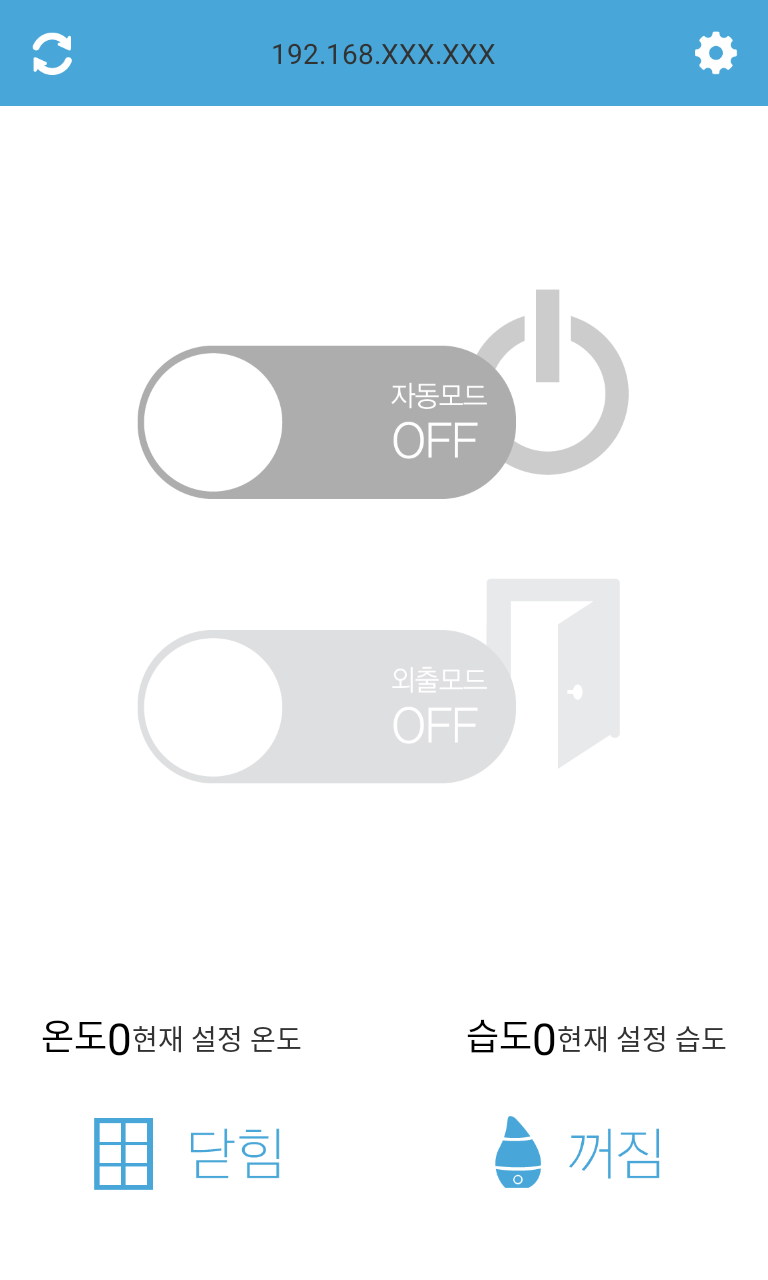
Repository: YeoeunJeong/SinNaYeo
Layout: sny_android/SinNaYeoAndroid/res/layout/activity_sin_na_yeo_main.xml
An editor plug-in stored every save of this project. The layout is shown before and after the next save, followed by the edit.
It is drawn on a 768 x 1280 px phone screen (xhdpi) without system bars, with theme android:Theme.Holo.Light.NoActionBar; the app's code is not run.

Above is the layout before, as saved 2015-09-24 19:40:19.

### sny_android/SinNaYeoAndroid/res/layout/activity_sin_na_yeo_main.xml
<LinearLayout xmlns:android="http://schemas.android.com/apk/res/android"
    xmlns:tools="http://schemas.android.com/tools"
    android:id="@+id/LinearLayout1"
    android:layout_width="match_parent"
    android:layout_height="match_parent"
    android:orientation="vertical"
    tools:context=".SinNaYeoMainActivity" >

    <RelativeLayout
        android:layout_width="match_parent"
        android:layout_height="53dp "
        android:background="#48A7d8" >

        <ImageButton
            android:id="@+id/main_renew_btn"
            android:layout_width="wrap_content"
            android:layout_height="wrap_content"
            android:layout_alignParentLeft="true"
            android:layout_gravity="center_vertical"
            android:layout_marginLeft="15dp"
            android:layout_marginTop="15dp"
            android:background="#00ff0000"
            android:onClick="mOnClick"
            android:src="@drawable/btn_main_renew" />

        <ImageButton
            android:id="@+id/main_setting_btn"
            android:layout_width="wrap_content"
            android:layout_height="wrap_content"
            android:layout_alignParentRight="true"
            android:layout_marginRight="15dp"
            android:layout_marginTop="15dp"
            android:background="#00ff0000"
            android:src="@drawable/btn_main_setting" />

        <TextView
            android:id="@+id/main_ip_tv"
            android:layout_width="wrap_content"
            android:layout_height="wrap_content"
            android:layout_centerHorizontal="true"
            android:layout_centerVertical="true"
            android:text="192.168.XXX.XXX" />
    </RelativeLayout>

    <RelativeLayout
        android:layout_width="match_parent"
        android:layout_height="match_parent"
        android:orientation="vertical" >

        <TextView
            android:id="@+id/main_outing_tv"
            android:layout_width="wrap_content"
            android:layout_height="wrap_content"
            android:layout_alignParentTop="true"
            android:layout_centerHorizontal="true"
            android:layout_marginTop="30dp"
            android:text="외출 관리는 2시간 후에 시작됩니다."
            android:visibility="invisible" />

        <ImageButton
            android:id="@+id/main_automode_btn"
            android:layout_width="wrap_content"
            android:layout_height="wrap_content"
            android:layout_centerHorizontal="true"
            android:layout_marginTop="86.33dp"
            android:background="#00ff0000"
            android:src="@drawable/btn_auto_off" />

        <ImageButton
            android:id="@+id/main_outing_btn"
            android:layout_width="wrap_content"
            android:layout_height="wrap_content"
            android:layout_below="@id/main_automode_btn"
            android:layout_centerHorizontal="true"
            android:layout_marginTop="28.67dp"
            android:background="#00ff0000"
            android:onClick="mOnClick"
            android:src="@drawable/btn_outing_nonclickable" />

        <ImageButton
            android:id="@+id/main_humidifier_btn"
            android:layout_width="wrap_content"
            android:layout_height="wrap_content"
            android:layout_alignParentBottom="true"
            android:layout_alignParentRight="true"
            android:layout_marginBottom="32.33dp"
            android:layout_marginRight="20.67dp"
            android:background="#00ff0000"
            android:onClick="mOnClick"
            android:src="@drawable/btn_humid_off" />

        <ImageButton
            android:id="@+id/main_window_btn"
            android:layout_width="wrap_content"
            android:layout_height="wrap_content"
            android:layout_alignParentBottom="true"
            android:layout_alignParentLeft="true"
            android:layout_marginBottom="32.33dp"
            android:layout_marginLeft="20.67dp"
            android:background="#00ff0000"
            android:onClick="mOnClick"
            android:src="@drawable/btn_window_closed" />

        <LinearLayout
            android:layout_width="wrap_content"
            android:layout_height="wrap_content"
            android:layout_above="@id/main_window_btn"
            android:layout_alignParentLeft="true"
            android:layout_marginBottom="15.33dp"
            android:layout_marginLeft="20.67dp"
            android:orientation="horizontal" >

            <TextView
                android:layout_width="wrap_content"
                android:layout_height="wrap_content"
                android:text="온도"
                android:textAppearance="?android:attr/textAppearanceMedium" />

            <TextView
                android:id="@+id/main_now_temper_tv"
                android:layout_width="wrap_content"
                android:layout_height="wrap_content"
                android:layout_gravity="center"
                android:text="0"
                android:textAppearance="?android:attr/textAppearanceLarge" />

            <TextView
                android:id="@+id/main_set_temper_tv"
                android:layout_width="wrap_content"
                android:layout_height="wrap_content"
                android:text="현재 설정 온도 "
                android:textAppearance="?android:attr/textAppearanceSmall" />
        </LinearLayout>

        <LinearLayout
            android:layout_width="wrap_content"
            android:layout_height="wrap_content"
            android:layout_above="@id/main_humidifier_btn"
            android:layout_alignParentRight="true"
            android:layout_marginBottom="15.33dp"
            android:layout_marginRight="20.67dp"
            android:orientation="horizontal" >

            <TextView
                android:layout_width="wrap_content"
                android:layout_height="wrap_content"
                android:text="습도"
                android:textAppearance="?android:attr/textAppearanceMedium" />

            <TextView
                android:id="@+id/main_now_humid_tv"
                android:layout_width="wrap_content"
                android:layout_height="wrap_content"
                android:layout_gravity="center"
                android:text="0"
                android:textAppearance="?android:attr/textAppearanceLarge" />

            <TextView
                android:id="@+id/main_set_humid_tv"
                android:layout_width="wrap_content"
                android:layout_height="wrap_content"
                android:text="현재 설정 습도"
                android:textAppearance="?android:attr/textAppearanceSmall" />
        </LinearLayout>
    </RelativeLayout>

</LinearLayout>

After the next save:
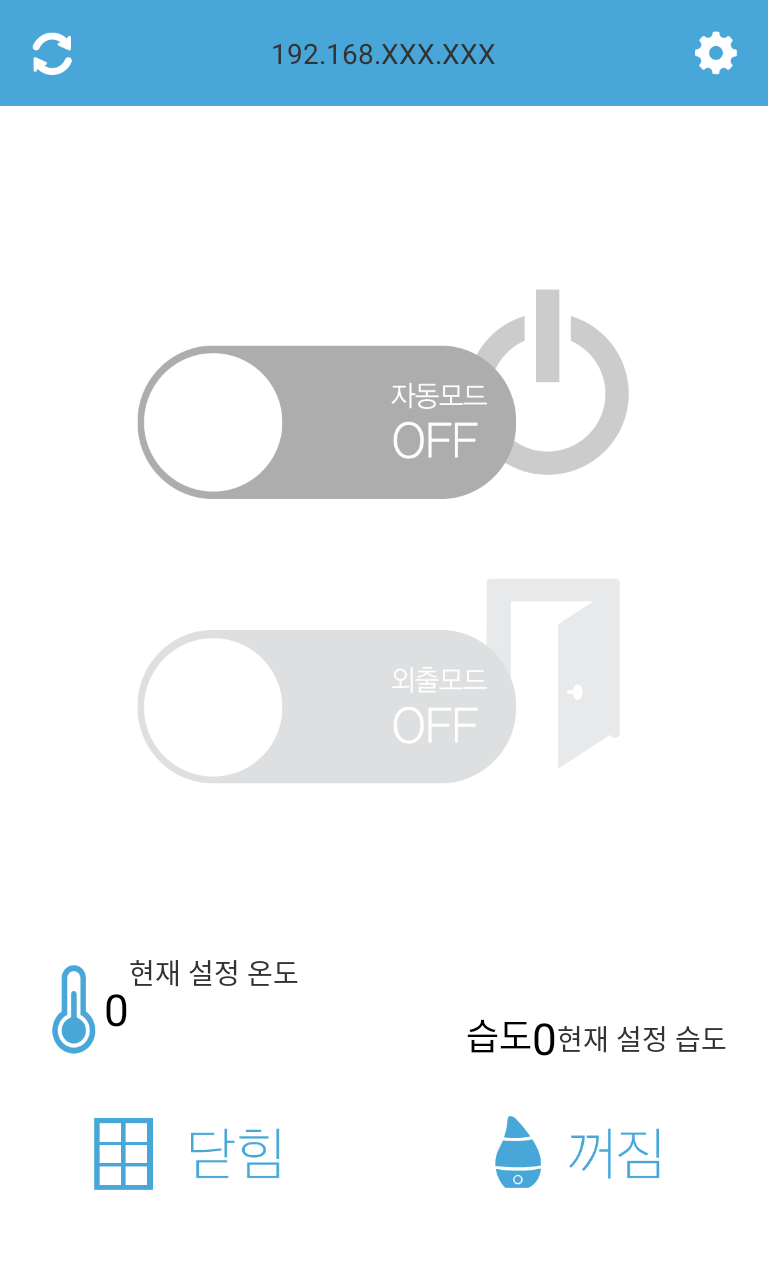
Saved 45 s later.
--- a/sny_android/SinNaYeoAndroid/res/layout/activity_sin_na_yeo_main.xml
+++ b/sny_android/SinNaYeoAndroid/res/layout/activity_sin_na_yeo_main.xml
@@ -110,11 +110,10 @@
             android:layout_marginLeft="20.67dp"
             android:orientation="horizontal" >
 
-            <TextView
+            <ImageView
                 android:layout_width="wrap_content"
                 android:layout_height="wrap_content"
-                android:text="온도"
-                android:textAppearance="?android:attr/textAppearanceMedium" />
+                android:src="@drawable/img_temper" />
 
             <TextView
                 android:id="@+id/main_now_temper_tv"
